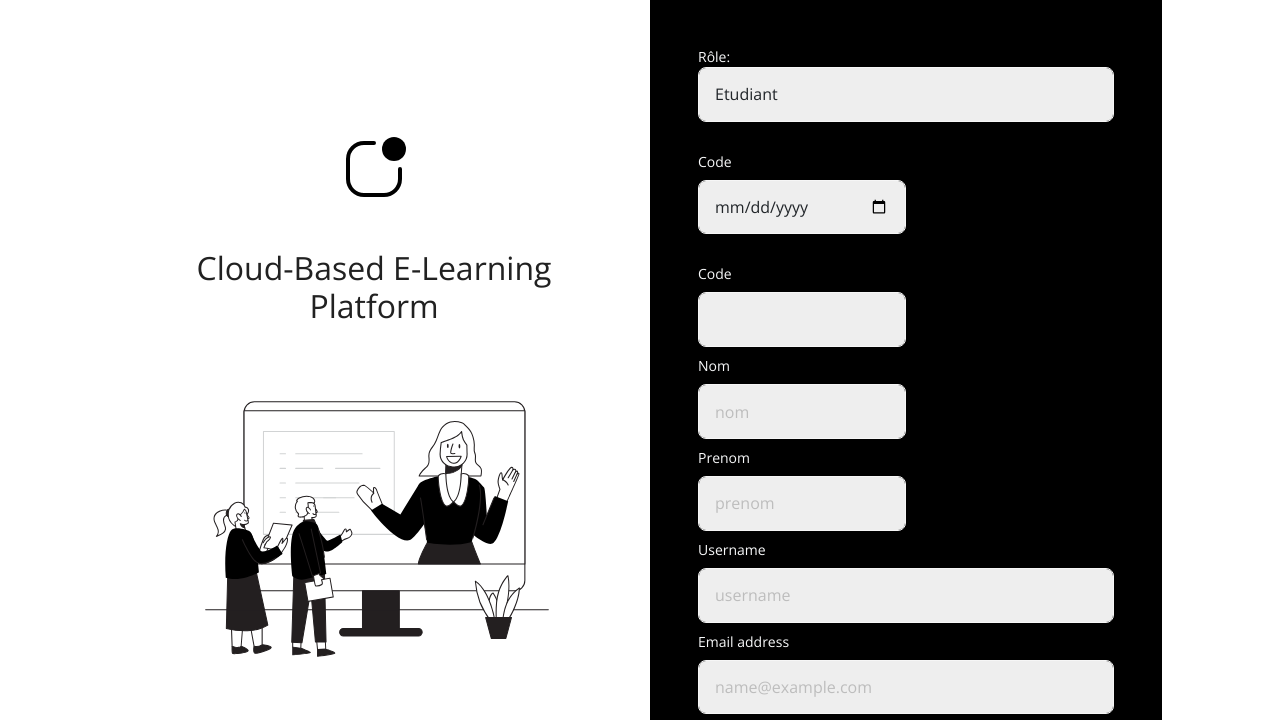
Repository: dimitri0004/Moodle
Page: http://localhost/inscription/
An editor plug-in stored every save of this project. The page is shown before and after the next save, followed by the edit.
The browser window is 1280 px wide. The pictures show the whole page.
Some icons come from a web library that is not loaded, so they are not drawn. An inner scrolling area shows only its first screen. The page is served by the project's application, run on Django 4.2 (manage.py). Other server files are loaded and not shown.

Above is the page before, as saved 2023-08-15 02:18:01.
Console error: TypeError: Cannot set properties of null (setting 'innerHTML')

### templates/Utilisateur/inscription.html
{% extends "base.html" %} {% load static %} {% block content %}
<div id="elearn-layout" class="theme-black">
  <!-- main body area -->
  <div class="main p-2 py-3 p-xl-5">
    <!-- Body: Body -->
    <div class="body d-flex p-0 p-xl-5">
      <div class="container-xxl">
        <div class="row g-0">
          <div
            class="col-lg-6 d-none d-lg-flex justify-content-center align-items-center rounded-lg auth-h100"
          >
            <div style="max-width: 25rem">
              <div class="text-center mb-5">
                <svg
                  width="4rem"
                  fill="none"
                  class="bi bi-app-indicator"
                  viewBox="0 0 16 16"
                >
                  <path
                    class="fill-primary"
                    d="M5.5 2A3.5 3.5 0 0 0 2 5.5v5A3.5 3.5 0 0 0 5.5 14h5a3.5 3.5 0 0 0 3.5-3.5V8a.5.5 0 0 1 1 0v2.5a4.5 4.5 0 0 1-4.5 4.5h-5A4.5 4.5 0 0 1 1 10.5v-5A4.5 4.5 0 0 1 5.5 1H8a.5.5 0 0 1 0 1H5.5z"
                  />
                  <path
                    class="fill-primary"
                    d="M16 3a3 3 0 1 1-6 0 3 3 0 0 1 6 0z"
                  />
                </svg>
              </div>
              <div class="mb-5">
                <h2 class="color-900 text-center">
                  Cloud-Based E-Learning Platform
                </h2>
              </div>
              <!-- Image block -->
              <div class="">
                <img
                  src="{% static 'assets/images/online-study.svg' %}"
                  alt="online-study"
                />
              </div>
            </div>
          </div>

          <div
            class="col-lg-6 d-flex justify-content-center align-items-center border-0 rounded-lg auth-h100"
          >
            <div
              class="w-100 p-4 p-md-5 card border-0 bg-dark text-light"
              style="max-width: 32rem"
            >
              <!-- Form -->

              <form class="pt-3" action="{% url 'register' %}" method="POST">
                {% csrf_token %}


                <div class="col-12 text-center mb-5">
                  <h1>Create your account</h1>
                  <span>Free access to our dashboard.</span>
                  <h1>Create your account</h1>
                  <span>Free access to our dashboard.</span>
                  <h1>Create your account</h1>
                  <span>Free access to our dashboard.</span>
                </div>
                {% if error %}

                <p class="alert alert-danger">{{ message }}</p>
                {% endif %}
                <div class="col-12">
                  <div class="mb-2">
                  <label for="role">Rôle:</label>
                  <select id="role" name="role"  class="form-control form-control-lg" required>
                      <option value="Etudiant">Etudiant</option>
                      <option value="Enseignant">Enseignant</option>
                      <option value="Administrateur">Administrateur</option>
                  </select><br>
                  </div>
                </div>
                <div class="col-6">
                  <div class="mb-2">
                    <label class="form-label">Code</label>
                    <input type="date" id="date_naissance" name="date" class="form-control form-control-lg" required><br>
                  </div>
                </div>

                <div class="col-6">
                  <div class="mb-2">
                    <label class="form-label">Code</label>
                    <input
                      type="text"
                      name="identifiant"
                      class="form-control form-control-lg"

                    />
                  </div>
                </div>

                <div class="col-6">
                  <div class="mb-2">
                    <label class="form-label">Nom</label>
                    <input
                      type="text"
                      name="nom"
                      class="form-control form-control-lg"
                      placeholder="nom"
                    />
                  </div>
                </div>
                <div class="col-6">
                  <div class="mb-2">
                    <label class="form-label">Prenom</label>
                    <input
                      type="text"
                      name="prenom"
                      class="form-control form-control-lg"
                      placeholder="prenom"
                    />
                  </div>
                </div>
                <div class="col-12">
                  <div class="mb-2">
                    <label class="form-label">Username</label>
                    <input
                      type="text"
                      name="username"
                      class="form-control form-control-lg"
                      placeholder="username"
                    />
                  </div>
                </div>
                <div class="col-12">
                  <div class="mb-2">
                    <label class="form-label">Email address</label>
                    <input
                      type="email"
                      name="email"
                      class="form-control form-control-lg"
                      placeholder="name@example.com"
                    />
                  </div>
                </div>
                <div class="col-12">
                  <div class="mb-2">
                    <label class="form-label">Password</label>
                    <input
                      type="password"
                      name="password"
                      class="form-control form-control-lg"
                      placeholder="8+ characters required"
                    />
                  </div>
                </div>
                <div class="col-12">
                  <div class="mb-2">
                    <label class="form-label">Confirm password</label>
                    <input
                      type="password"
                      name="confirmePassword"
                      class="form-control form-control-lg"
                      placeholder="8+ characters required"
                    />
                  </div>
                </div>
                <div class="col-12">
                  <div class="form-check">
                    <input
                      class="form-check-input"
                      type="checkbox"
                      value=""
                      id="flexCheckDefault"
                    />
                    <label class="form-check-label" for="flexCheckDefault">
                      I accept the
                      <a
                        href="#"
                        title="Terms and Conditions"
                        class="text-secondary"
                        >Terms and Conditions</a
                      >
                    </label>
                  </div>
                </div>
                <div class="col-12 text-center mt-4">
                  <button
                    type="submit"
                    class="btn btn-lg btn-block btn-light lift text-uppercase"
                    alt="SIGNUP"
                  >
                    SIGN UP
                  </button>
                </div>
                <div class="col-12 text-center mt-4">
                  <span class="text-muted"
                    >Already have an account?
                    <a
                      href="auth-signin.html"
                      title="Sign in"
                      class="text-secondary"
                      >Sign in here</a
                    ></span
                  >
                </div>
              </form>
              <!-- End Form -->
              <div class="d-flex justify-content-between flex-wrap">
                <div>
                  <a href="#" class="me-2 text-muted"
                    ><i class="fa fa-facebook-square fa-lg"></i
                  ></a>
                  <a href="#" class="me-2 text-muted"
                    ><i class="fa fa-github-square fa-lg"></i
                  ></a>
                  <a href="#" class="me-2 text-muted"
                    ><i class="fa fa-linkedin-square fa-lg"></i
                  ></a>
                  <a href="#" class="me-2 text-muted"
                    ><i class="fa fa-twitter-square fa-lg"></i
                  ></a>
                </div>
                <div>
                  <a href="#" title="home" class="me-2 text-muted">Home</a>
                  <a href="#" title="about" class="me-2 text-muted">About Us</a>
                  <a href="#" title="faq" class="me-2 text-muted">FAQs</a>
                </div>
              </div>
            </div>
          </div>
        </div>
        <!-- End Row -->
      </div>
    </div>
  </div>
</div>
{% endblock %}

### templates/base.html
{% load static %}
<!DOCTYPE html>
<html lang="en">
<head>
    <meta charset="UTF-8">
    <meta name="viewport" content="width=device-width, initial-scale=1.0">
    <title>Document</title>

    <link rel="icon" href="favicon.ico" type="image/x-icon"> <!-- Favicon-->

    <!-- plugin css file  -->
    <link rel="stylesheet" href="{% static 'assets/css/carousel.min.css' %}" />
    <!-- project css file  -->
    <link rel="stylesheet" href="{% static 'assets/css/e-learn.style.min.css' %}">
    <!-- Google Code  -->
    <script async src="https://www.googletagmanager.com/gtag/js?id=UA-264428387-1"></script>
    <script>
      window.dataLayer = window.dataLayer || [];
      function gtag(){dataLayer.push(arguments);}
      gtag('js', new Date());

      gtag('config', 'UA-264428387-1');
    </script>

    <script src="{% static 'assets/bundles/libscripts.bundle.js' %}"></script>

    <!-- Plugin Js-->
    <script src="{% static 'assets/bundles/carousel.bundle.js' %}"></script>
    <script src="{% static 'assets/bundles/apexcharts.bundle.js' %}"></script>

    <!-- Jquery Page Js -->
    <script src="{% static 'js/template.js' %}"></script>
    <script src="{% static 'js/page/elearn-index.js' %}"></script>
</head>
<body>

    {% block content %}{% endblock %}
</body>
</html>

### AppEcole/views.py
from django.shortcuts import render,redirect
from django.core.validators import validate_email
from django.contrib.auth.models import User
from django.db.models import Q
from django.contrib.auth.decorators import login_required
from django.contrib.auth import authenticate, login, logout


from django.contrib.auth import get_user_model

def index(request):
    return render(request,'index.html')

def inscription(request):
    error = False
    message = ""

    if request.method == "POST":
        username = request.POST.get('username')
        email = request.POST.get('email')
        nom = request.POST.get('nom')
        prenom = request.POST.get('prenom')
        password = request.POST.get('password')
        confirmePassword = request.POST.get('confirmePassword')
        role = request.POST.get('role')
        identifiant = request.POST.get('identifiant')
        date = request.POST.get('date')# Récupérer le rôle du formulaire

        try:
            validate_email(email)
        except:
            error = True
            message = "Entrer un email valide svp"

        User = get_user_model()  # Obtenir le modèle utilisateur personnalisé

        user = User.objects.filter(Q(email=email) | Q(username=username)).first()
        if user:
            error = True
            message = f"L'email {email} ou le nom d'utilisateur {nom} est déjà utilisé par un utilisateur"

        if password != confirmePassword:
            error = True
            message = "Les deux mots de passe ne sont pas identiques"

        if error == False:
            user = User(

                username=username,
                email=email,
                last_name=nom,
                first_name=prenom,
                identifiant=identifiant,
                role=role,
                birthdate=date# Enregistrer le rôle dans le modèle
            )
            user.set_password(password)
            user.save()
            return redirect('acceuil')

    context = {
        'error': error,
        'message': message
    }
    return render(request, 'Utilisateur/inscription.html', context)

# Create your views here.

### MoodleProject/urls.py
"""
URL configuration for MoodleProject project.

The `urlpatterns` list routes URLs to views. For more information please see:
    https://docs.djangoproject.com/en/4.2/topics/http/urls/
Examples:
Function views
    1. Add an import:  from my_app import views
    2. Add a URL to urlpatterns:  path('', views.home, name='home')
Class-based views
    1. Add an import:  from other_app.views import Home
    2. Add a URL to urlpatterns:  path('', Home.as_view(), name='home')
Including another URLconf
    1. Import the include() function: from django.urls import include, path
    2. Add a URL to urlpatterns:  path('blog/', include('blog.urls'))
"""
from django.contrib import admin
from django.urls import path,include

urlpatterns = [
    path('admin/', admin.site.urls),
     path('', include('AppEcole.urls')),
]

### AppEcole/urls.py
from django.urls import path
from .views import index, inscription
urlpatterns = [
    path('acceuil', index, name='acceuil'),
    path('inscription/', inscription, name='register'),
]

### static/assets/css/carousel.min.css
.owl-carousel,.owl-carousel .owl-item{-webkit-tap-highlight-color:transparent;position:relative}.owl-carousel{display:none;width:100%;z-index:1}.owl-carousel .owl-stage{position:relative;-ms-touch-action:pan-Y;-moz-backface-visibility:hidden}.owl-carousel .owl-stage:after{content:".";display:block;clear:both;visibility:hidden;line-height:0;height:0}.owl-carousel .owl-stage-outer{position:relative;overflow:hidden;-webkit-transform:translate3d(0, 0, 0)}.owl-carousel .owl-item,.owl-carousel .owl-wrapper{-webkit-backface-visibility:hidden;-moz-backface-visibility:hidden;-ms-backface-visibility:hidden;-webkit-transform:translate3d(0, 0, 0);-moz-transform:translate3d(0, 0, 0);-ms-transform:translate3d(0, 0, 0)}.owl-carousel .owl-item{min-height:1px;float:left;-webkit-backface-visibility:hidden;-webkit-touch-callout:none}.owl-carousel .owl-item img{display:block;width:100%}.owl-carousel .owl-dots.disabled,.owl-carousel .owl-nav.disabled{display:none}.no-js .owl-carousel,.owl-carousel.owl-loaded{display:block}.owl-carousel .owl-dot,.owl-carousel .owl-nav .owl-next,.owl-carousel .owl-nav .owl-prev{cursor:pointer;cursor:hand;-webkit-user-select:none;-khtml-user-select:none;-moz-user-select:none;-ms-user-select:none;user-select:none}.owl-carousel.owl-loading{opacity:0;display:block}.owl-carousel.owl-hidden{opacity:0}.owl-carousel.owl-refresh .owl-item{visibility:hidden}.owl-carousel.owl-drag .owl-item{-webkit-user-select:none;-moz-user-select:none;-ms-user-select:none;user-select:none}.owl-carousel.owl-grab{cursor:move;cursor:grab}.owl-carousel.owl-rtl{direction:rtl}.owl-carousel.owl-rtl .owl-item{float:right}.owl-carousel .animated{animation-duration:1s;animation-fill-mode:both}.owl-carousel .owl-animated-in{z-index:0}.owl-carousel .owl-animated-out{z-index:1}.owl-carousel .fadeOut{animation-name:fadeOut}@keyframes fadeOut{0%{opacity:1}100%{opacity:0}}.owl-height{transition:height .5s ease-in-out}.owl-carousel .owl-item .owl-lazy{opacity:0;transition:opacity .4s ease}.owl-carousel .owl-item img.owl-lazy{transform-style:preserve-3d}.owl-carousel .owl-video-wrapper{position:relative;height:100%;background:#000}.owl-carousel .owl-video-play-icon{position:absolute;height:80px;width:80px;left:50%;top:50%;margin-left:-40px;margin-top:-40px;background:url(owl.video.play.html) no-repeat;cursor:pointer;z-index:1;-webkit-backface-visibility:hidden;transition:transform .1s ease}.owl-carousel .owl-video-play-icon:hover{-ms-transform:scale(1.3, 1.3);transform:scale(1.3, 1.3)}.owl-carousel .owl-video-playing .owl-video-play-icon,.owl-carousel .owl-video-playing .owl-video-tn{display:none}.owl-carousel .owl-video-tn{opacity:0;height:100%;background-position:center center;background-repeat:no-repeat;background-size:contain;transition:opacity .4s ease}.owl-carousel .owl-video-frame{position:relative;z-index:1;height:100%;width:100%}

### static/js/template.js
if (typeof jQuery === "undefined") {
    throw new Error("jQuery plugins need to be before this file");
}

$(function() {
    "use strict";

    // main sidebar toggle js
    $('.menu-toggle').on('click', function () {
        $('.sidebar').toggleClass('open');
        $('.open').removeClass('sidebar-mini');
    });

    // layout a sidebar mini version
    $('.sidebar-mini-btn').on('click', function () {
        $('.sidebar').toggleClass('sidebar-mini');
        $('.sidebar-mini').removeClass('open');
    });

    // chat page chatlist toggle js
    $('.chatlist-toggle').on('click', function () {
        $('.card-chat').toggleClass('open');
    });

    $(".theme-rtl input").on('change',function() {
        if(this.checked) {
            $("body").addClass('rtl_mode');
        }else{
            $("body").removeClass('rtl_mode');
        }

    });

    // cSidebar overflow daynamic height

    overFlowDynamic();

    $(window).resize(function(){
        overFlowDynamic();
    });

    function overFlowDynamic(){
        var sideheight=$(".sidebar.sidebar-mini").height() + 48;

        if(sideheight <= 760) {
            $(".sidebar.sidebar-mini").css( "overflow", "scroll");
        }
        else{
            $(".sidebar.sidebar-mini").css( "overflow", "visible");
        }
    }


    // Dropdown scroll hide using table responsive

    $('.table-responsive').on('show.bs.dropdown', function () {
        $('.table-responsive').css( "overflow", "inherit" );
    });

    $('.table-responsive').on('hide.bs.dropdown', function () {
            $('.table-responsive').css( "overflow", "auto" );
    })

    // light and dark theme setting js
    var toggleSwitch = document.querySelector('.theme-switch input[type="checkbox"]');
    var toggleHcSwitch = document.querySelector('.theme-high-contrast input[type="checkbox"]');
    var currentTheme = localStorage.getItem('theme');
    if (currentTheme) {
        document.documentElement.setAttribute('data-theme', currentTheme);

        if (currentTheme === 'dark') {
            toggleSwitch.checked = true;
        }
        if (currentTheme === 'high-contrast') {
            toggleHcSwitch.checked = true;
            toggleSwitch.checked = false;
        }
    }
    function switchTheme(e) {
        if (e.target.checked) {
            document.documentElement.setAttribute('data-theme', 'dark');
            localStorage.setItem('theme', 'dark');
            $('.theme-high-contrast input[type="checkbox"]').prop("checked", false);
        }
        else {
            document.documentElement.setAttribute('data-theme', 'light');
            localStorage.setItem('theme', 'light');
        }
    }
    toggleSwitch.addEventListener('change', switchTheme, false);
    // end
});

// live support team js
$(function() {
    "use strict";
    var Tawk_API=Tawk_API||{}, Tawk_LoadStart=new Date();
    (function(){
        var s1=document.createElement("script"),s0=document.getElementsByTagName("script")[0];
        s1.async=true;
        s1.src='https://embed.tawk.to/6051a040f7ce18270930e55a/1f0vdjvfu';
        s1.charset='UTF-8';
        s1.setAttribute('crossorigin','*');
        s0.parentNode.insertBefore(s1,s0);
    })();
});

### static/js/page/elearn-index.js
if (typeof jQuery === "undefined") {
    throw new Error("jQuery plugins need to be before this file");
}
$(function() {
    "use strict";
    var tooltipTriggerList = [].slice.call(document.querySelectorAll('[data-bs-toggle="tooltip"]'))
    var tooltipList = tooltipTriggerList.map(function (tooltipTriggerEl) {
        return new bootstrap.Tooltip(tooltipTriggerEl)
    })

    /*****Owl Slider************/
    $(document).ready(function(){
        $('.owl-carouselone').owlCarousel({
            stagePadding: 30,
            loop:true,
            margin:10,
            nav:true,
            navText: ["<img src='../dist/assets/images/stylish-left.png'>","<img src='../dist/assets/images/stylish-right.png'>"],
            responsive:{
                0:{
                    items:1
                },
                480:{
                    items:3
                },
                600:{
                    items:3
                },
                740:{
                    items:6
                },
                1000:{
                    items:2
                },
                1100:{
                    items:3
                },
                1400:{
                    items:3
                },
                1500:{
                    items:4
                }
            }
        })

        $('.owl-carouseltwo').owlCarousel({
            loop:true,
            margin:5,
            autoplay:true,
            autoplayTimeout:4000,
            autoplayHoverPause:true,
            responsive:{
                0:{
                    items:1
                },
                480:{
                    items:1
                },
                600:{
                    items:1
                },
                1000:{
                    items:2
                },
                1100:{
                    items:2
                },
                1400:{
                    items:3
                }
            }
        })
    });

    // basic-column
    $(document).ready(function() {
        var options = {
            chart: {
                height: 350,
                type: 'bar',
            },
            colors: ['var(--chart-color1)', 'var(--chart-color2)', 'var(--chart-color4)'],
            plotOptions: {
                bar: {
                    horizontal: false,
                    columnWidth: '55%',
                    endingShape: 'rounded'
                },
            },
            dataLabels: {
                enabled: false
            },
            stroke: {
                show: true,
                width: 2,
                colors: ['transparent']
            },
            series: [{
                name: 'Listening',
                data: [44, 55, 57, 56, 61, 58, 63, 60, 66]
            }, {
                name: 'Writing',
                data: [76, 85, 101, 98, 87, 105, 91, 114, 94]
            }, {
                name: 'Video View',
                data: [35, 41, 36, 26, 45, 48, 52, 53, 41]
            }],
            xaxis: {
                categories: ['Feb', 'Mar', 'Apr', 'May', 'Jun', 'Jul', 'Aug', 'Sep', 'Oct'],
            },
            yaxis: {
                title: {
                    text: ''
                }
            },
            fill: {
                opacity: 1

            },
            tooltip: {
                y: {
                    formatter: function (val) {
                        return "$ " + val + " thousands"
                    }
                }
            }
        }

        var chart = new ApexCharts(
            document.querySelector("#apex-basic-column"),
            options
        );

        chart.render();
    });


});
/*****digital-clock************/
function date_time(id){
    date = new Date;
    h = date.getHours();
    if(h<10)
    {
            h = "0"+h;
    }
    m = date.getMinutes();
    if(m<10)
    {
            m = "0"+m;
    }
    s = date.getSeconds();
    if(s<10)
    {
            s = "0"+s;
    }
    document.getElementById("s").innerHTML = ''+s;
    document.getElementById("m").innerHTML = ''+m;
    document.getElementById("h").innerHTML = ''+h;
    setTimeout('date_time("'+"s"+'");','1000');
    return true;
}
window.onload = date_time('s');

Loaded but not shown: static/assets/css/e-learn.style.min.css (library); static/assets/bundles/libscripts.bundle.js (library); static/assets/bundles/carousel.bundle.js (library); static/assets/bundles/apexcharts.bundle.js (library); static/assets/images/online-study.svg (1 lines, source omitted)

After the next save:
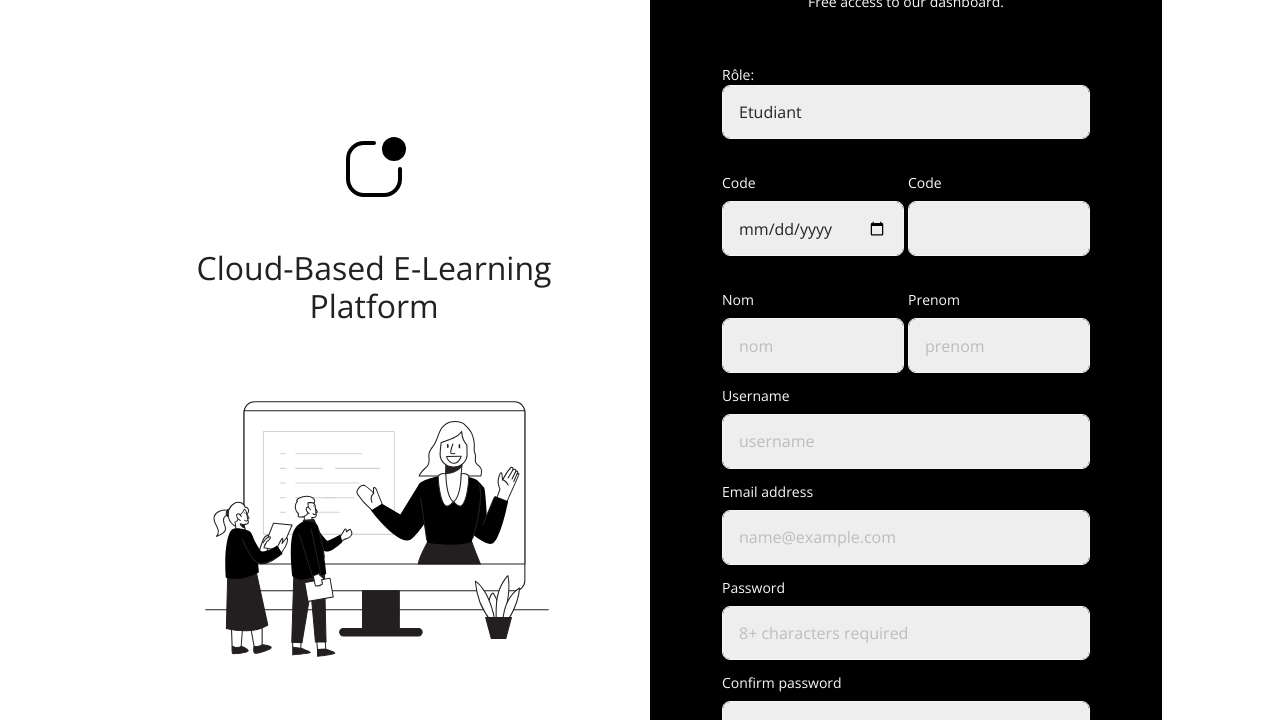
Saved 87 s later.
--- a/templates/Utilisateur/inscription.html
+++ b/templates/Utilisateur/inscription.html
@@ -51,15 +51,11 @@
             >
               <!-- Form -->
 
-              <form class="pt-3" action="{% url 'register' %}" method="POST">
+              <form class="row g-1 p-0 p-4" action="{% url 'register' %}" method="POST">
                 {% csrf_token %}
 
 
                 <div class="col-12 text-center mb-5">
-                  <h1>Create your account</h1>
-                  <span>Free access to our dashboard.</span>
-                  <h1>Create your account</h1>
-                  <span>Free access to our dashboard.</span>
                   <h1>Create your account</h1>
                   <span>Free access to our dashboard.</span>
                 </div>
